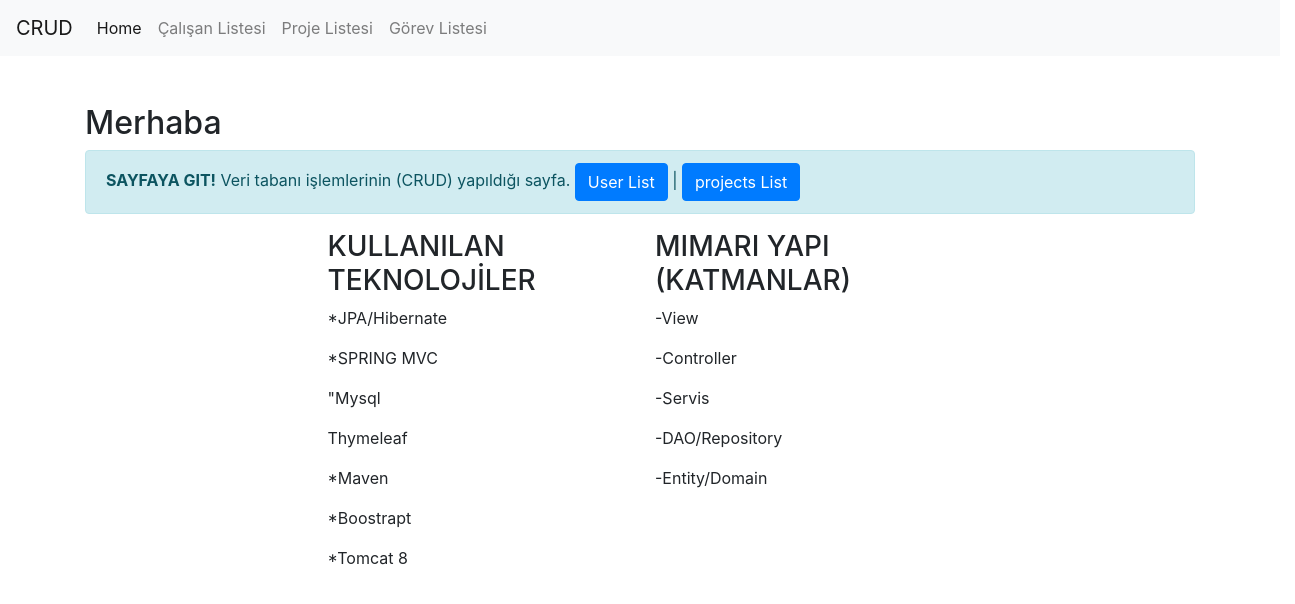
Repository: AhmetOzgul/veri_Taban-_proje
Page: http://localhost/index
These files come from the project's save history. The page is drawn as it stood at one moment and after the next save; the edit follows.
The browser window is 1280 px wide. The page is 1295 px wide, so the pictures cover 1295 px, including what lies to the right of the window. The pictures show the whole page.
Some web libraries are served in a nearby version. The page is this project's Thymeleaf template; nobody is signed in. The template is opened directly, without the code that normally fills it, so the values that code supplies are empty.

Above is the page before, as saved 2024-01-16 18:19:36.

### vtys2/vtys/src/main/resources/templates/index.html

<!DOCTYPE html>
<html xmlns="http://www.w3.org/1999/xhtml" xmlns:th-"http://www.thymeleaf.org">
<head>
<title>Users</title>
<meta http-equiv="Content-Type" content="text/html; charset=UTF-8" /> <script
src="https://ajax.googleapis.com/ajax/libs/jquery/1.12.2/jquery.min.js"></script>
<link rel="stylesheet" href="https://cdn.jsdelivr.net/npm/bootstrap@4.0.0/dist/css/bootstrap.min.css" integrity="sha384-Gn5384xqQ1aoWXA+058RXPxPg6fy4IWvTNh0E263XmFcJlSAwiGgFAW/dAiS6JXm" crossorigin="anonymous">
<script src="https://ajax.googleapis.com/ajax/libs/jquery/3.2.1/jquery.min.js"></script> <script src="https://maxcdn.bootstrapcdn.com/bootstrap/3.3.7/js/bootstrap.min.js"></script>
</head>
<body>
    <nav class="navbar navbar-expand-lg navbar-light bg-light">
		<a class="navbar-brand" href="#">CRUD</a>
		<button class="navbar-toggler" type="button" data-toggle="collapse" data-target="#navbarNav" aria-controls="navbarNav" aria-expanded="false" aria-label="Toggle navigation">
		  <span class="navbar-toggler-icon"></span>
		</button>
		<div class="collapse navbar-collapse" id="navbarNav">
		  <ul class="navbar-nav">
			<li class="nav-item active">
			  <a class="nav-link" href="/">Home<span class="sr-only">(current)</span></a>
			</li>
			<li class="nav-item">
			  <a class="nav-link" href="users">Çalışan Listesi</a>
			</li>
			<li class="nav-item">
				<a class="nav-link" href="projects">Proje Listesi</a>
			  </li>
			<li class="nav-item">
				<a class="nav-link" href="tasks">Görev Listesi</a>
			  </li>
		  </ul>
		</div>
	  </nav>
	  <br>
	</br>
<div class="container">
<h2>Merhaba</h2>
<div class="alert alert-info">
<strong>SAYFAYA GIT!</strong> Veri tabanı işlemlerinin (CRUD) yapıldığı sayfa. <a href="users" class="btn btn-primary">User List</a> | <a href="projects" class="btn btn-primary">projects List</a>
</div>
</div>
<div class="row">
<div class="col-sm-3">
</div>
<div class="col-sm-3">
<h3>KULLANILAN TEKNOLOJİLER</h3>
<p>*JPA/Hibernate</p>
<p>*SPRING MVC</p>
<p>"Mysql</p>
<p>Thymeleaf</p>
<p>*Maven</p>
<p>*Boostrapt</p>
<p>*Tomcat 8</p>
</div>
<div class="col-sm-3">
<h3>MIMARI YAPI (KATMANLAR)</h3> <p>-View</p>
<p>-Controller</p>
<p>-Servis</p>
<p>-DAO/Repository</p>
<p>-Entity/Domain</p>
</div>
<div class="col-sm-3">
</div>
</div>
</body> </html>

After the next save:
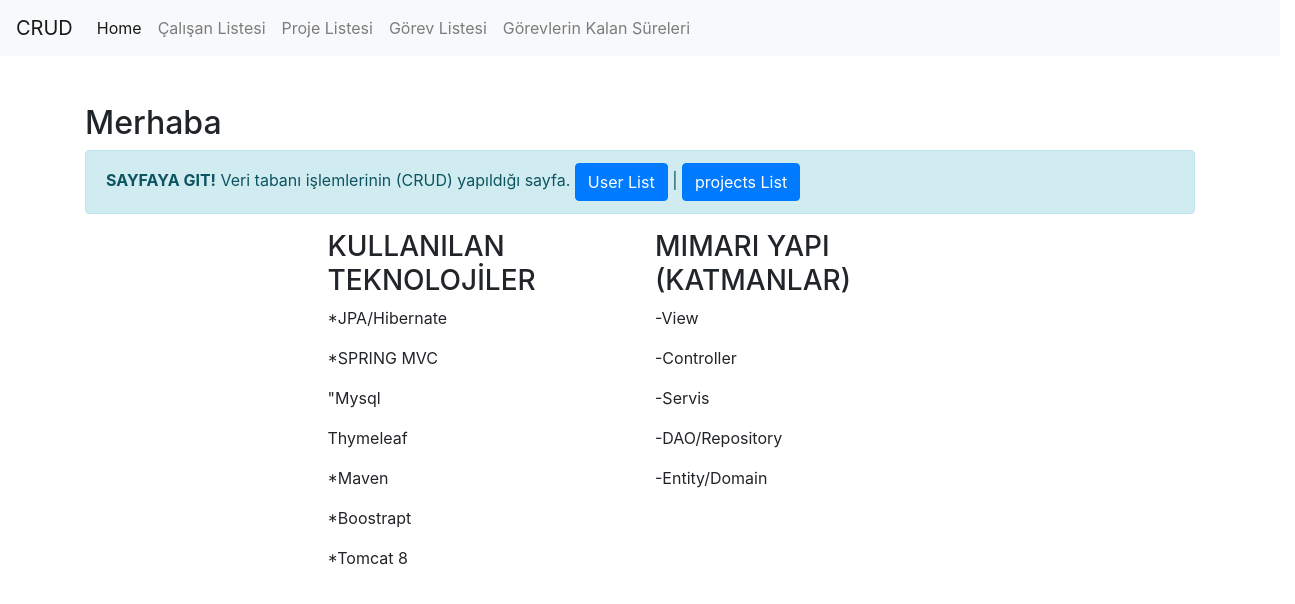
Saved 112 s later.
--- a/vtys2/vtys/src/main/resources/templates/index.html
+++ b/vtys2/vtys/src/main/resources/templates/index.html
@@ -27,6 +27,9 @@ src="https://ajax.googleapis.com/ajax/libs/jquery/1.12.2/jquery.min.js"></script
 			  </li>
 			<li class="nav-item">
 				<a class="nav-link" href="tasks">Görev Listesi</a>
+			  </li>
+			  			<li class="nav-item">
+				<a class="nav-link" href="/tasks/remaining-days">Görevlerin Kalan Süreleri</a>
 			  </li>
 		  </ul>
 		</div>
